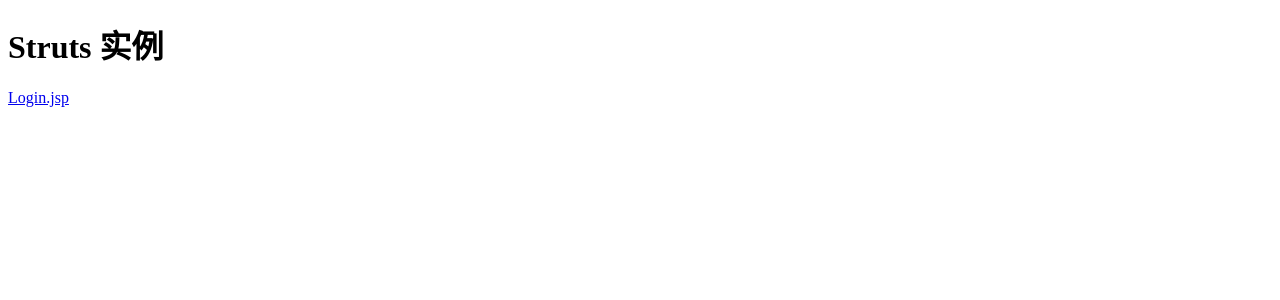
Repository: fredpaw/struts_tuts
Page: http://localhost/struts_actionmapping/
The author's editor kept a copy of each file at every save. The page is drawn from the files as they stood at one save, then again after the next save.
The browser window is 1280 px wide. The pictures show the whole page.
The page is served by Tomcat 9. Other server files are loaded and not shown.

Above is the page before, as saved 2014-07-21 10:16:03.

### struts_actionmapping/WebContent/index.jsp
<%@ page language="java" contentType="text/html; GBK"
    pageEncoding="GBK"%>
<!DOCTYPE html PUBLIC "-//W3C//DTD HTML 4.01 Transitional//EN" "http://www.w3.org/TR/html4/loose.dtd">
<html>
<head>
<meta http-equiv="Content-Type" content="text/html; GBK">
<title>Struts Demo 1</title>
</head>
<body>
	<h1>Struts 实例</h1>
	<a href="login_input.do">Login.jsp</a>
</body>
</html>

After the next save:
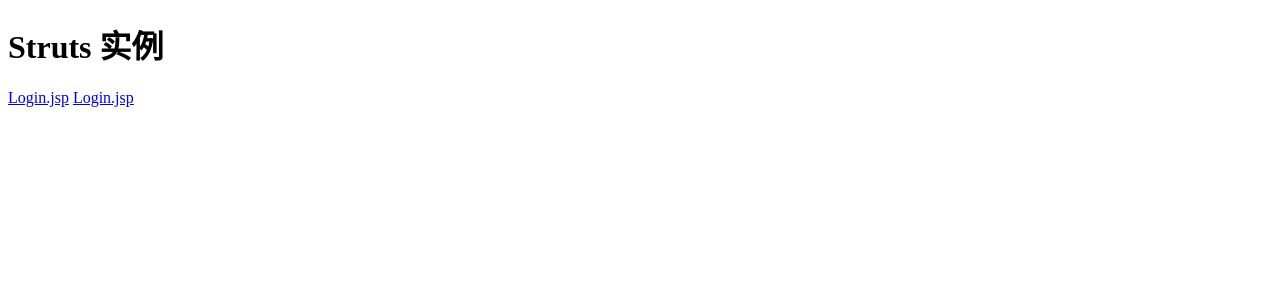
Saved 15 s later.
--- a/struts_actionmapping/WebContent/index.jsp
+++ b/struts_actionmapping/WebContent/index.jsp
@@ -9,5 +9,6 @@
 <body>
 	<h1>Struts 实例</h1>
 	<a href="login_input.do">Login.jsp</a>
+	<a href="input.do">Login.jsp</a>
 </body>
 </html>
